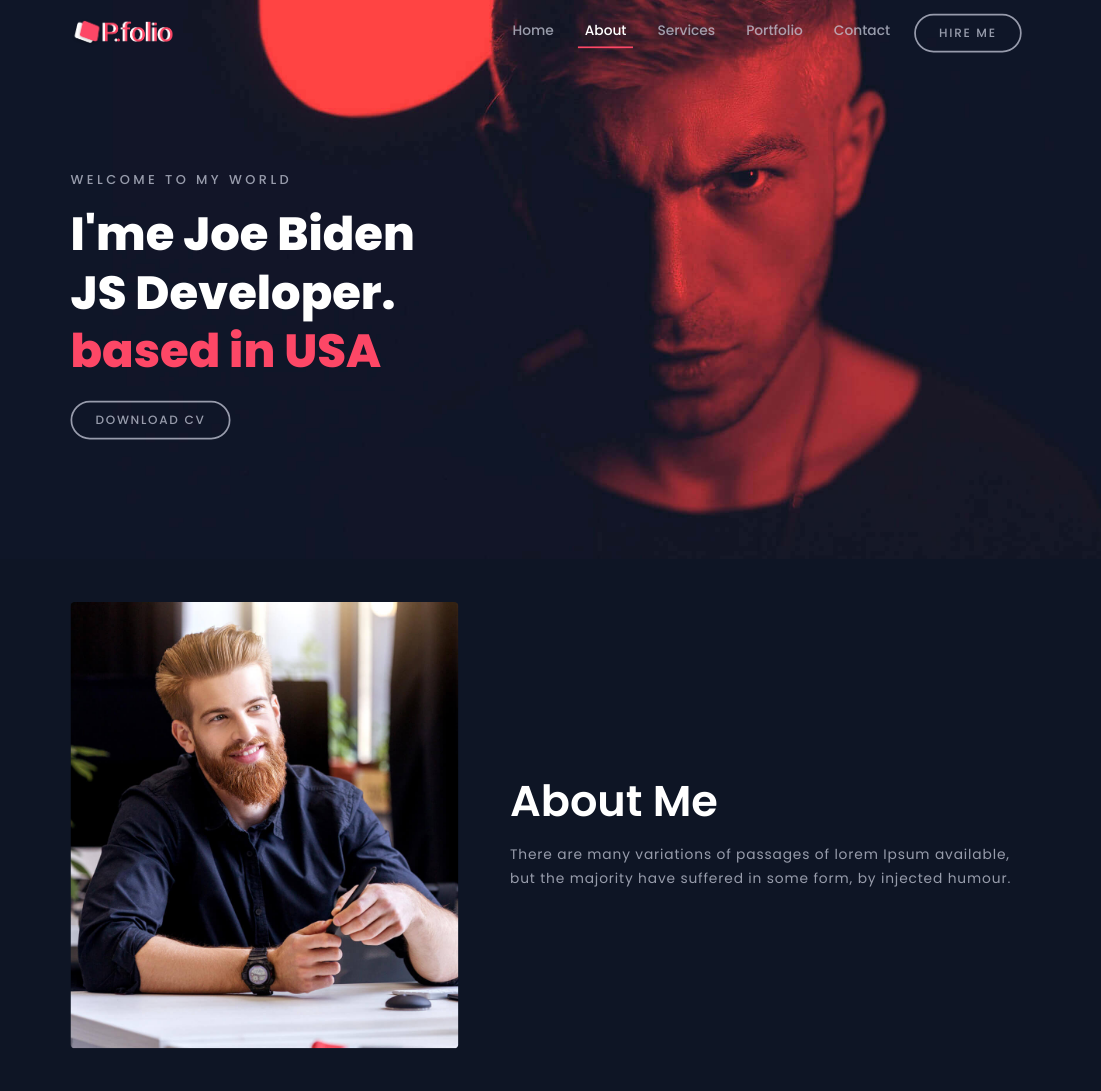
Repository: wadelfadill/Bootstrap_tache_3_responsive_portfolio
Page: index.html
The author's editor kept a copy of each file at every save. The page is drawn from the files as they stood at one save, then again after the next save.
The browser window is 1280 px wide. The pictures show the whole page, at 86% of full size.
Backgrounds fixed to the window are drawn as part of the page. Some web libraries are served in a nearby version.

Above is the page before, as saved 2023-04-11 09:33:34.

### index.html
<!DOCTYPE html>
<html lang="en">
<head>
    <meta charset="UTF-8">
    <meta http-equiv="X-UA-Compatible" content="IE=edge">
    <meta name="viewport" content="width=device-width, initial-scale=1.0">
    <title>Bootstrap_Responsive_Portfolio</title>
    <!------ FAVICON ------->
    <link rel="icon" type="image/png" href="images/favicon.png">

    <!------------ Bootstrap link --------------->
    <link href="https://cdn.jsdelivr.net/npm/bootstrap@5.1.3/dist/css/bootstrap.min.css" rel="stylesheet" integrity="sha384-1BmE4kWBq78iYhFldvKuhfTAU6auU8tT94WrHftjDbrCEXSU1oBoqyl2QvZ6jIW3" crossorigin="anonymous">

    <!-------------- Font-awsome script  ------------->
    <script src="https://kit.fontawesome.com/8f130c8a35.js" crossorigin="anonymous"></script>

    <!------------ CSS files link  ------------->
    <link rel="stylesheet" href="css/style.css">
    <link rel="stylesheet" href="css/responsive-style.css">

    <!------------- Google-Font link ---------------->
    <link rel="stylesheet" href="https://fonts.googleapis.com/css2?family=Poppins%3Awght%40100%3B200%3B300%3B400%3B500%3B600%3B700%3B800%3B900&display=swap">
</head>
<body data-bs-spy="scroll" data-bs-target=".navbar" data-bs-offset="75">
    <!------------------------------------------------------>
        <!------------- Navbar Section ----------->
        <header class="header_wrapper">
            <nav class="navbar navbar-expand-lg fixed-top">
                <div class="container">
                  <a class="navbar-brand" href="#">
                    <img src="images/logo.png" alt="logo" class="img-fluid">
                  </a>
                  <button class="navbar-toggler" type="button" data-bs-toggle="collapse" data-bs-target="#navbarNav" aria-controls="navbarNav" aria-expanded="false" aria-label="Toggle navigation">
                    <i class="fa-solid fa-bars-staggered navbar-toggler-icon"></i>
                  </button>
                  <div class="collapse navbar-collapse justify-content-end" id="navbarNav">
                    <ul class="navbar-nav menu-navbar-nav">
                      <li class="nav-item">
                        <a class="nav-link active" aria-current="page" href="#home">Home</a>
                      </li>
                      <li class="nav-item">
                        <a class="nav-link" href="#about">About</a>
                      </li>
                      <li class="nav-item">
                        <a class="nav-link" href="#services">Services</a>
                      </li>
                      <li class="nav-item">
                        <a class="nav-link" href="#portfolio">Portfolio</a>
                      </li>
                      <li class="nav-item">
                        <a class="nav-link" href="#contact">Contact</a>
                      </li>
                      <li class="nav-item mt-3 mt-lg-0">
                        <a class="main-btn" href="#contact">Hire me</a>
                      </li>
                    </ul>
                  </div>
                </div>
              </nav>
        </header>
        <!----------- Navbar section end -------->
    <!------------------------------------------------------>
        <!----------- Banner section ------------->
        <section id="home" class="banner_wrapper">
            <div class="container">
                <div class="row">
                    <div class="col-sm-12 text-center text-md-start">
                        <h6>WELCOME TO MY WORLD</h6>
                        <h1>I'me Joe Biden <br> JS Developer. <span><br>based in USA</span></h1>
                        <div class="mt-4">
                            <a href="" class="main-btn">Download CV</a>
                        </div>
                    </div>
                </div>
            </div>
        </section>
        <!----------- Banner section end --------->
    <!------------------------------------------------------>
        <!----------- About section -------------->
        <section id="about" class="about_wrapper">
            <div class="container">
              <div class="row justify-content-between align-items-center">
                  <div class="col-lg-5 mb-lg-0">
                    <img src="images/about.jpg" alt="about-img" class="img-fluid rounded-3">
                  </div>
                  <div class="col-lg-7 ps-lg-5 text-center text-lg-start">
                    <div class="my-3 my-lg-0">
                      <span class="subtitle">My About Details</span>
                      <h2>About Me</h2>
                      <p>There are many variations of passages of lorem Ipsum available, but the majority have
                        suffered in some form, by injected humour.</p>
                    </div>
                  </div>
              </div>
            </div>
        </section>
        <!----------- About section end ---------->
    <!------------------------------------------------------->
        <!----------- Services section ----------->

        <!----------- Services section end ------->
    <!------------------------------------------------------->
        <!----------- Portfolio section ---------->

        <!----------- Portfolio section end ----->
    <!------------------------------------------------------->
        <!----------- Contact section ----------->

        <!----------- Contact section end ------->
    <!------------------------------------------------------->
        <!------------ Footer section ----------->

        <!------------ Footer section end ------->
    <!------------------------------------------------------->
        <!-- JS file link -->
        <script src="js/main.js"></script>
        <!---------------- bootstrap script -------------->
        <script src="https://cdn.jsdelivr.net/npm/bootstrap@5.1.3/dist/js/bootstrap.bundle.min.js" integrity="sha384-ka7Sk0Gln4gmtz2MlQnikT1wXgYsOg+OMhuP+IlRH9sENBO0LRn5q+8nbTov4+1p" crossorigin="anonymous"></script>
</body>
</html>

### css/style.css
/* TABLE OF CONTENTS */
/* --------------------
1. General
2.Navbar
3.Banner
4.About
5.Services
6.Portfolio
7.contact
8.Footer
---------------------- */

/* 1. General */
@import url('https://fonts.googleapis.com/css2?family=Poppins%3Awght%40100%3B200%3B300%3B400%3B500%3B600%3B700%3B800%3B900&display=swap');

*{
    box-sizing: border-box;
    margin: 0;
    padding: 0;
}
:root{
    /* Background Color */
    --primary-color:#FD4766;
    --secondary-color:#0e1525;
    --bg-dark-blue:#091020;
    --bg-white:#fff;
    --gray-color:#c6c9d8bf;
    --gradient-color: linear-gradient(-224deg, var(--primary-color) 0, #337Dff 100%);
    --gradient-text: linear-gradient(120deg, #1C99FE 20.69%, #7644FF 50.19%, var(--primary-color) 79.69%);
    filter: progid:DXImageTransform.Microsoft.gradient(startColorstr='var(--primary-color)', endColorstr='var(--secondary-color)', GradientType=1);

    /* Text Color */
    --primary-font: 'Poppins', 'sans-serif';
    --primary-text: #FD4766;
    --text-gray: #c6c9d8bf;
    --text-white:#fff;

}

body{
    font-family: var(--primary-font);
    background-color: var(--secondary-color);
}
a{
    text-decoration: none;
}

/* 1 custom css */
::-webkit-scrollbar{
    width: 6px;
}
::-webkit-scrollbar-track{
    background: var(--bg-dark-blue);
}
::-webkit-scrollbar-thumb{
    background: var(--primary-color);
}
input[type=number]::-webkit-inner-spin-button,
input[type=number]::-webkit-outer-spin-button{
    -webkit-appearance: none;
    margin: 0;
}

section{
    padding: 50px 0;
}
.main-btn{
    display: inline-block;
    border-radius: 50px;
    transition: all .4s ease-in-out;
    padding: 10px 27px;
    background-color: transparent;
    border: 2px solid var(--gray-color);
    color: var(--text-gray);
    font-weight: 500;
    font-size: 14px;
    text-transform: uppercase;
    letter-spacing: 2px;
    text-decoration: none;
}
.main-btn:hover{
    background-color: var(--primary-color);
    border-color: var(--primary-color);
    color: var(--text-white);

}
h1{
    font-size: 54px;
    line-height: 68px;
    font-weight: 800;
    color: var(--text-white);
    margin-bottom: 20px;
}
h1 span{
    color: var(--primary-color);
}
h2{
    font-size: 50px;
    line-height: 1.3;
    font-weight: 600;
    color: var(--text-white);
    margin-bottom: 15px;
}
h3{
    font-size: 20px;
    font-weight: 800;
    color: var(--text-white);
    margin-bottom: 19px;
}
h6{
    font-size: 15px;
    text-transform: uppercase;
    letter-spacing: 4px;
    display: block;
    color: var(--text-gray);
    margin-bottom: 20px;
}

p{
    color: var(--text-gray);
    font-size: 16px;
    line-height: 28px;
    letter-spacing: 1px;
    font-weight: 400;
}

.subtitle{
    display: inline-block;
    font-weight: 600;
    letter-spacing: 0.5px;
    line-height: 18px;
    font-size: 16px;
    margin-bottom: 12px;
    background-color: var(--gradient-color);
    background-clip: text;
    -webkit-text-fill-color: transparent;
}
input:hover,
input:focus,
textarea:hover,
textarea:focus,
button{
    outline: none !important;
    box-shadow: none !important;
}

/* 2. Navbar */
.header_wrapper .navbar{
    padding: 15px 0;
    -webkit-transition: all .2s linear;
    -o-transition: all .2s linear;
    transition: all .2s linear;

}
.header_wrapper .navbar-brand img{
    max-width: 120px;
    height: auto;
}
.header_wrapper .navbar-toggler{
    border: 0;
    color: var(--gray-color);
    line-height: 2;
}
.header_wrapper .navbar-toggler:focus{
    box-shadow: none;
}
.header_wrapper .nav-item{
    margin: 0 10px;
}
.header_wrapper .nav-item .nav-link{
    position: relative;
    font-size: 16px;
    font-weight: 500;
    color: var(--text-gray);
    display: inline-block;
}
.header_wrapper .nav-item .nav-link::after{
    position: absolute;
    content: '';
    left: 0;
    width: 0;
    height: 2px;
    background: var(--primary-color);
    transition: 0.3s;
    bottom: 0;
}
.header_wrapper .nav-item .nav-link.active::after,
.header_wrapper .nav-item .nav-link:hover::after{
    width: 100%;

}
.header_wrapper .nav-item .nav-link.active,
.header_wrapper .nav-item .nav-link:hover{
     color: var(--text-white);
}
.header-scrolled{
    position: fixed;
    top: 0;
    left: 0;
    width: 100%;
    background-color: var(--bg-dark-blue);
    -webkit-box-shadow: 0 4px 6px 0 rgba(12, 0, 46, .05);
    box-shadow: 0 4px 6px 0 rgba(12, 0, 46, .05);
}
.header-scrolled .nav-item .nav-link.active,
.header-scrolled .nav-item .nav-link:hover{
     color: var(--primary-text);
}
/* 3. Banner */
.banner_wrapper{
    width: 100%;
    height: auto;
    min-height: 650px;
    background-image: url('../images/bg-image.jpg');
    background-repeat: no-repeat;
    background-position: center center;
    background-size: cover;
    background-attachment: fixed;
    padding: 200px 0 100px 0;
}

### css/responsive-style.css
@media (max-width:991px){

    /* Custom css */
    section{
        padding: 30px 0;
    }
    h2{
        font-size: 30px;
        line-height: 40px;
    }
    h3{
        font-size: 20px;
    }
    /* 2. Navbar */
    .header-scrolled{
        height: auto;
    }
    .header_wrapper .menu-navbar-nav{
        text-align: center;
        background-color: var(--bg-dark-blue);
        padding-bottom: 15px;
    }
    .header_wrapper .nav-item .nav-link{
        margin-top: 15px;
    }
    /* banner wrapper */
    .banner_wrapper{
        padding: 200px 0;
    }
}



@media (max-width:767px){
    /* Custom css */
    section{
        padding: 30px 0;
    }
    h1{
        font-size: 40px;
        line-height: 48px;
    }
    h2{
        font-size: 25px;

    }
    p{
        font-size: 13px;
        line-height: 24px;
    }
}

### js/main.js
//Header Scroll
let nav = document.querySelector(".navbar");
window.onscroll = function () {
    if(document.documentElement.scrollTop > 20){
        nav.classList.add("header-scrolled");
    }else{
        nav.classList.remove("header-scrolled");
    }
}

// nav hide
let navBar = document.querySelectorAll(".nav-link");
let navCollapse = document.querySelector(".navbar-collapse.collapse");
navBar.forEach(function(a){
    a.addEventListener("click", function(){
        navCollapse.classList.remove("show")
    })
})

After the next save:
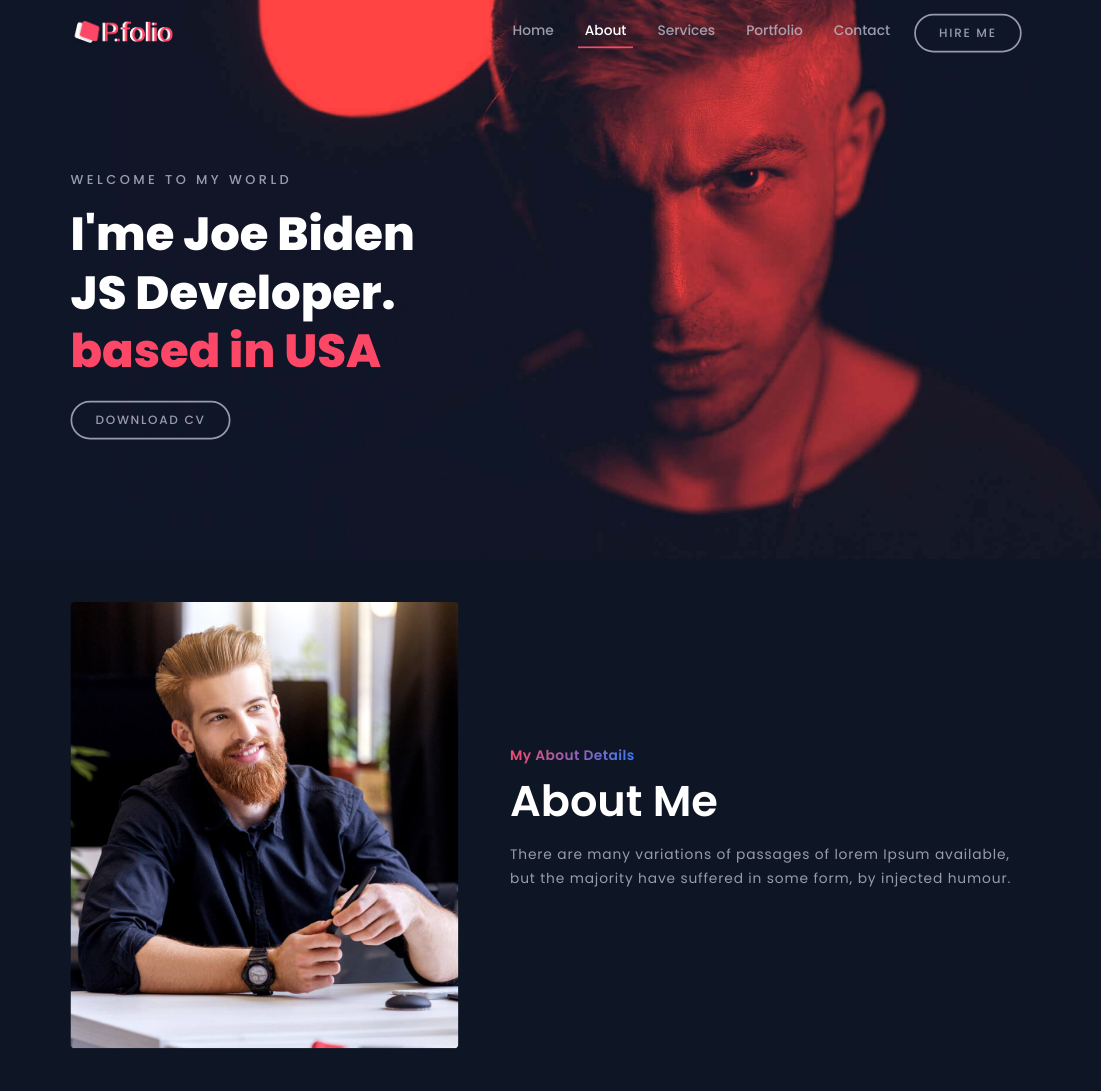
Saved 92 s later.
--- a/css/style.css
+++ b/css/style.css
@@ -131,7 +131,7 @@ p{
     line-height: 18px;
     font-size: 16px;
     margin-bottom: 12px;
-    background-color: var(--gradient-color);
+    background: var(--gradient-color);
     background-clip: text;
     -webkit-text-fill-color: transparent;
 }
